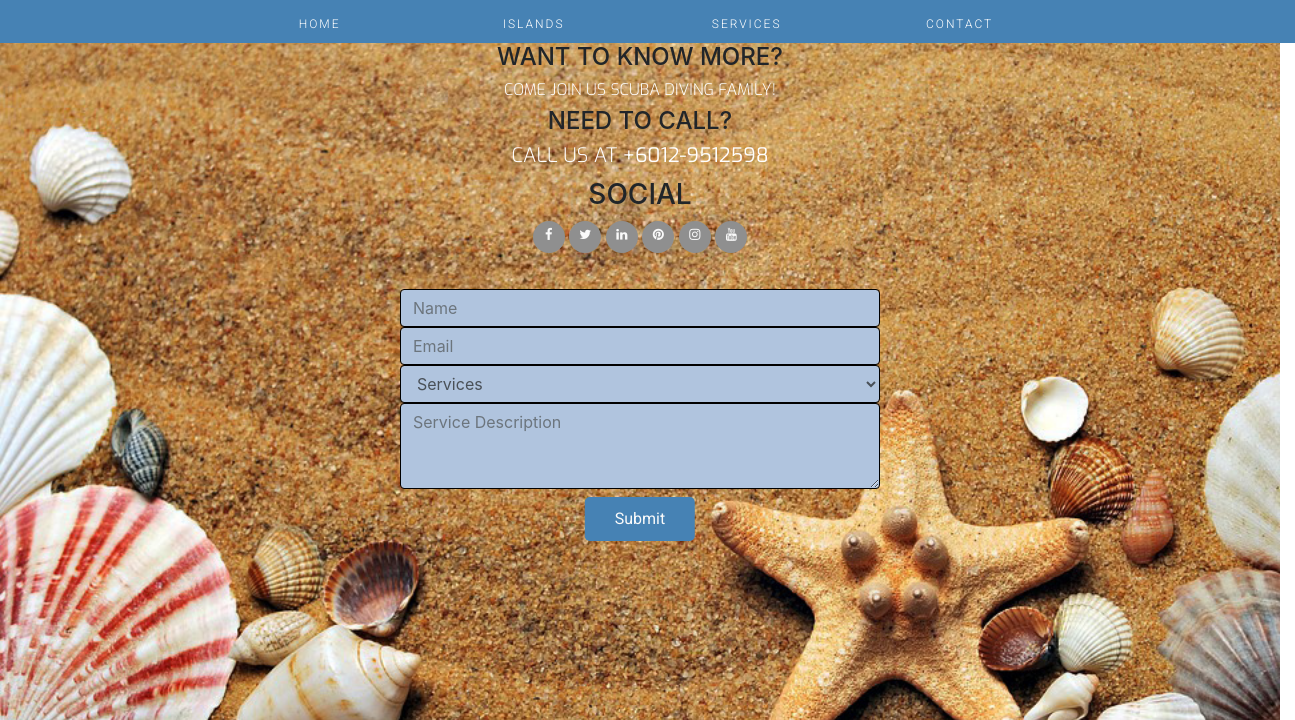
Repository: Code-Institute-Submissions/cathyann-diving.github.io
Page: contact.html
The author's editor kept a record of every edit. The page is drawn from the files as they stood at one moment, then again after the next edit.
The browser window is 1280 px wide. The page is 1295 px wide, so the pictures cover 1295 px, including what lies to the right of the window. The pictures show the whole page.

Above is the page before.

After the next edit:
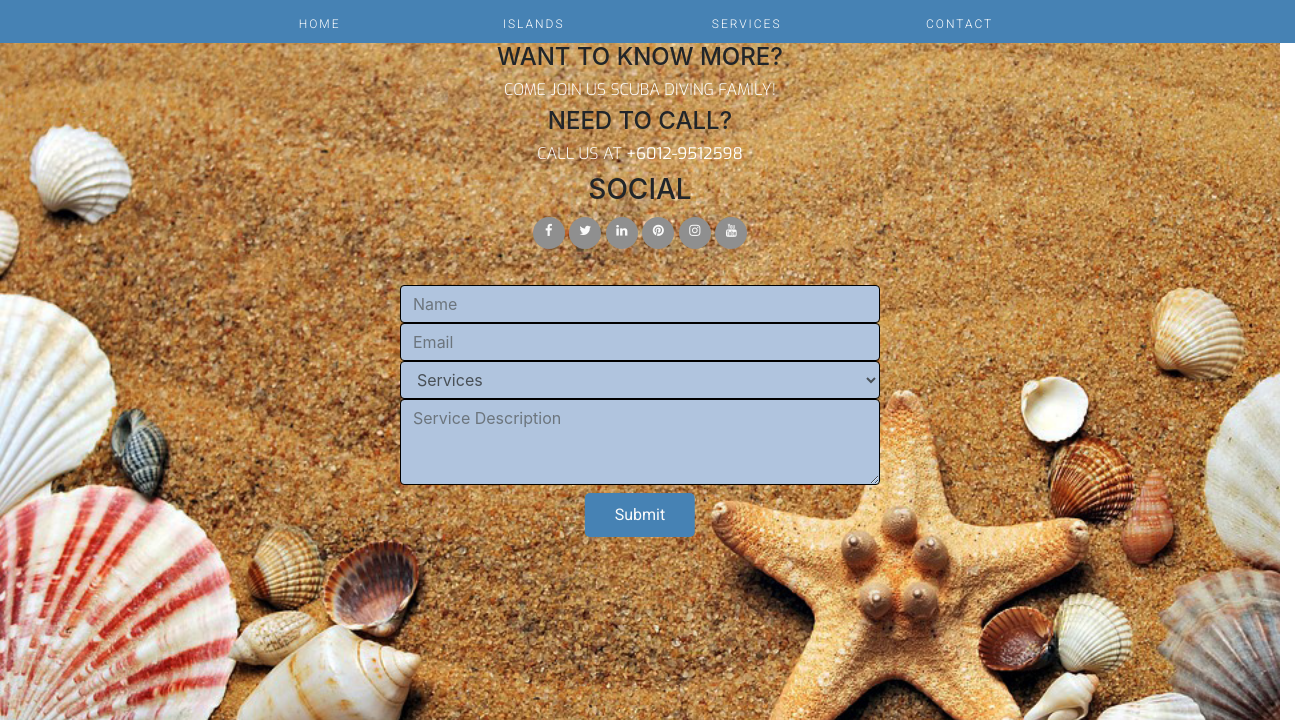
The edit:
--- a/contact.html
+++ b/contact.html
@@ -42,7 +42,7 @@
                 <h4 class="uppercase text-center">Want to know more?</h4>
                 <h6 class="contact-heading uppercase text-center">Come join us Scuba diving family!</h5>
                 <h4 class="uppercase text-center">Need to call?</h3>
-                <h5 class="contact-heading uppercase text-center">Call us at <b>+6012-9512598</b></h5>
+                <h6 class="contact-heading uppercase text-center">Call us at <b>+6012-9512598</b></h5>
 
 
                 <h3 class="uppercase text-center">Social</h3>
